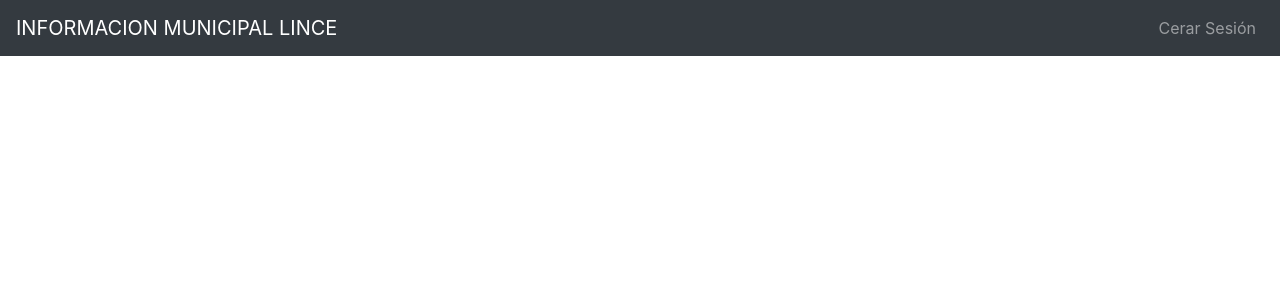
Repository: GiomarDev/proyecto-dawi
Page: http://localhost/DAWI-Semana01-Plantilla_8_/menuindex.jsp
These files come from the project's save history. The page is drawn as it stood at one moment and after the next save; the edit follows.
The browser window is 1280 px wide. The pictures show the whole page.
The page is served by Tomcat 9.

Above is the page before, as saved 2020-12-08 00:38:55.

After the next save:
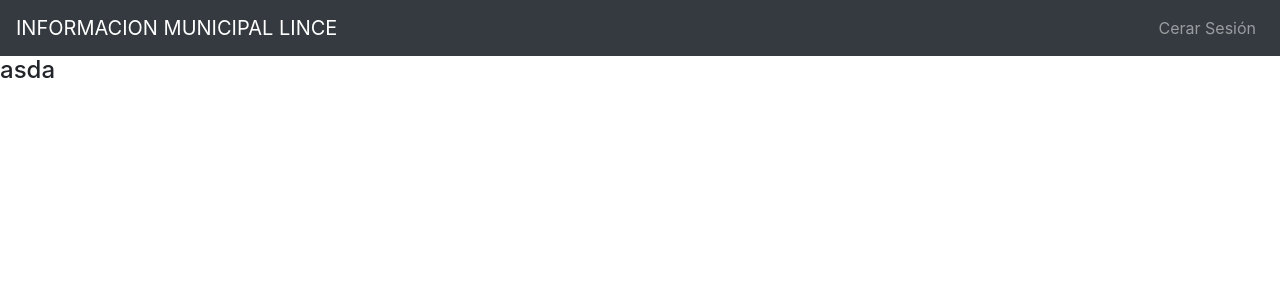
Saved 4 s later.
--- a/Proyecto/DAWI-Semana01-Plantilla(8)/WebContent/menuindex.jsp
+++ b/Proyecto/DAWI-Semana01-Plantilla(8)/WebContent/menuindex.jsp
@@ -9,6 +9,6 @@
 </head>
 <body>
 
-
+<h4>asda</h4>
 </body>
 </html>

After the save that followed:
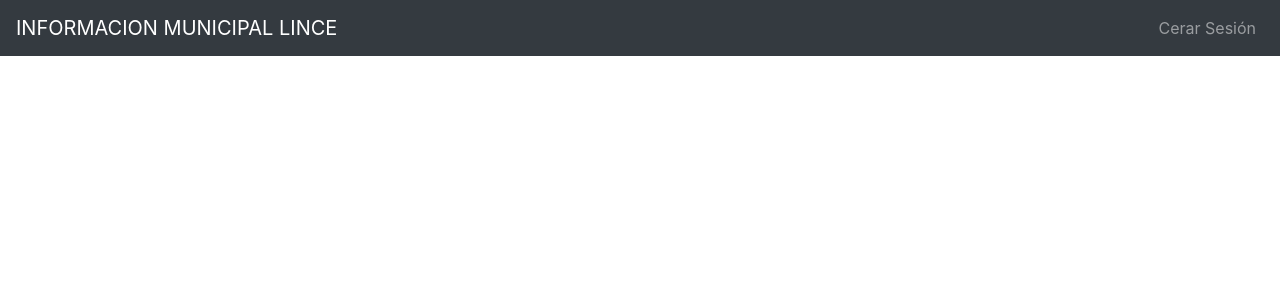
Saved 23 s later.
--- a/Proyecto/DAWI-Semana01-Plantilla(8)/WebContent/menuindex.jsp
+++ b/Proyecto/DAWI-Semana01-Plantilla(8)/WebContent/menuindex.jsp
@@ -9,6 +9,6 @@
 </head>
 <body>
 
-<h4>asda</h4>
+<h4></h4>
 </body>
 </html>
